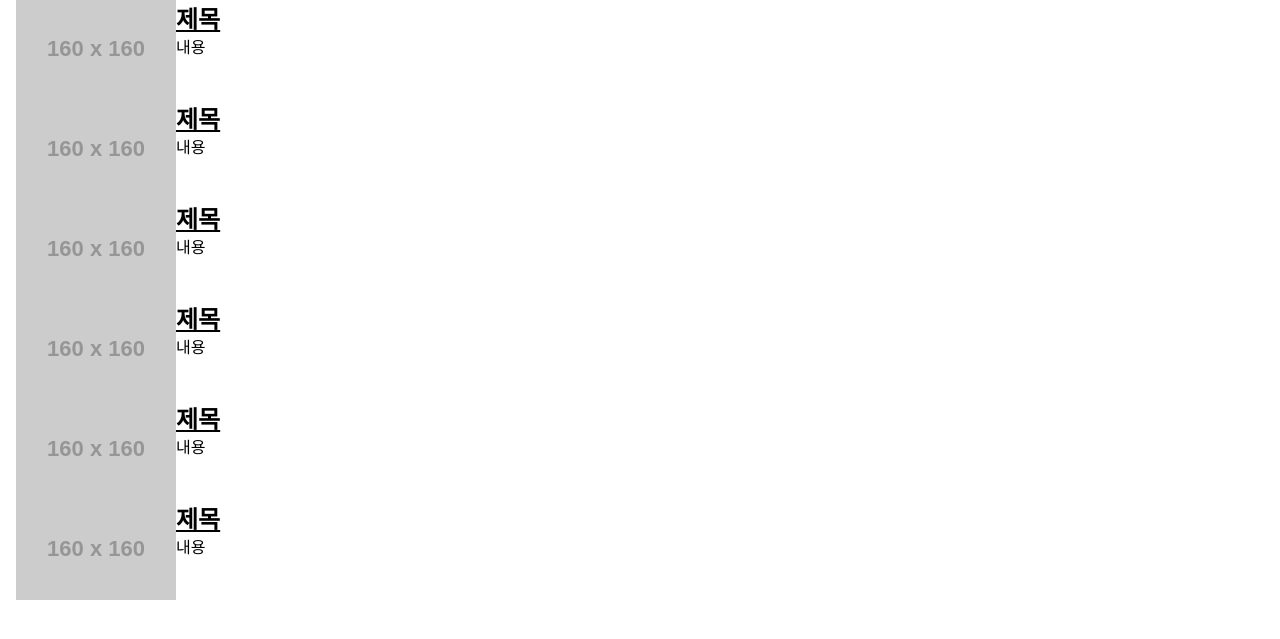
Repository: parkhyeonki/news-viewer
Page: /
The author's editor kept a copy of each file at every save. The page is drawn from the files as they stood at one save, then again after the next save.
The browser window is 1280 px wide. The pictures show the whole page.
The project was rebuilt for these pictures with package versions that can differ from the ones it lists, and the page was loaded fresh each time. Also part of the build but not shown: src/App.css.

Above is the page before, as saved 2022-05-19 10:48:37.

### src/App.js
import './App.css';
import NewsList from './components/NewsList/NewsList';

function App() {
  return <NewsList />;
}

export default App;

### src/components/NewsList/NewsList.js
import React from 'react';
import styled from 'styled-components';
import NewsItem from '../NewsItem/NewsItem';
const NewsList = () => {
  const NewsListBlock = styled.div`
    box-sizing: border-box;
    padding-bottom: 3rem;
  `;

  const sampleArticle = {
    title: '제목',
    description: '내용',
    url: 'https://google.com',
    urlToImage: 'https://via.placeholder.com/160',
  };
  return (
    <NewsListBlock>
      <NewsItem article={sampleArticle} />
      <NewsItem article={sampleArticle} />
      <NewsItem article={sampleArticle} />
      <NewsItem article={sampleArticle} />
      <NewsItem article={sampleArticle} />
      <NewsItem article={sampleArticle} />
    </NewsListBlock>
  );
};

export default NewsList;

### src/components/NewsItem/NewsItem.js
import React from 'react';
import styled from 'styled-components';

const NewsItemBlock = styled.div`
  display: flex;

  .thumbnail {
    margin-left: 1rem;
    img {
      display: block;
      width: 160px;
      height: 100px;
      object-fit: cover;
    }
  }

  .contents {
    h2 {
      margin: 0;
      a {
        color: black;
      }
    }
    p {
      margin: 0;
      line-height: 1.5;
    }
  }
`;
const NewsItem = ({ article }) => {
  const { title, description, url, urlToImage } = article;

  return (
    <NewsItemBlock>
      {urlToImage && (
        <div className="thumbnail">
          <a href={url} target="_blank" rel="noopener noreferrer">
            <img src={urlToImage} alt="thumbnail" />
          </a>
        </div>
      )}
      <div className="contents">
        <h2>
          <a href={url} target="_blank" rel="noopener noreferrer">
            {title}
          </a>
        </h2>
        <p>{description}</p>
      </div>
    </NewsItemBlock>
  );
};

export default NewsItem;

Loaded but not shown: public/index.html (common file); src/index.js (common file); src/index.css (common file); src/reportWebVitals.js (common file)

After the next save:
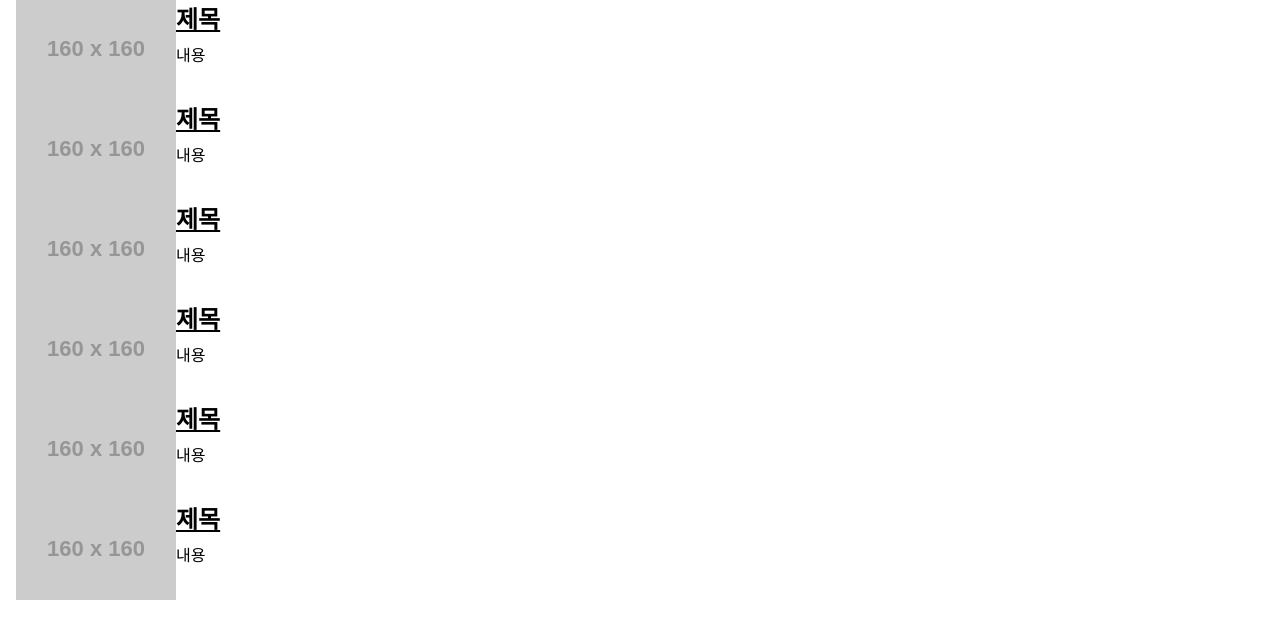
Saved 41 s later.
--- a/src/components/NewsItem/NewsItem.js
+++ b/src/components/NewsItem/NewsItem.js
@@ -24,6 +24,7 @@ const NewsItemBlock = styled.div`
     p {
       margin: 0;
       line-height: 1.5;
+      margin-top: 0.5rem;
     }
   }
 `;
